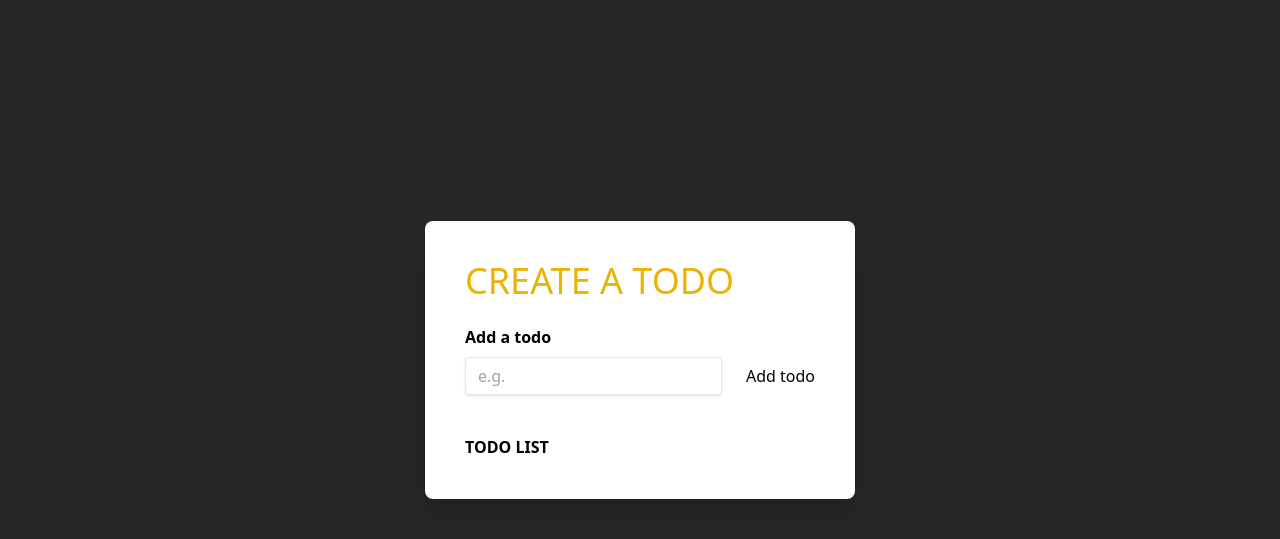
Repository: Kajo-lab/vue-todo
Page: /
The author's editor kept a copy of each file at every save. The page is drawn from the files as they stood at one save, then again after the next save.
The browser window is 1280 px wide. The pictures show the whole page.
The project was rebuilt for these pictures with package versions that can differ from the ones it lists, and the page was loaded fresh each time. Also part of the build but not shown: vite.config.js, webpack.config.js.

Above is the page before, as saved 2022-07-07 17:16:12.

### src/main.js
import { createApp } from 'vue'
import App from './App.vue'
import "./assets/tailwind.css";

createApp(App).mount('#app')

### src/App.vue
<script setup>
import { ref, onMounted, computed, watch } from 'vue'

const todos = ref([])
const name = ref('')

const input_content = ref('')

const todos_asc = computed(() => todos.value.sort((a,b) =>{
	return a.createdAt - b.createdAt
}))

watch(name, (newVal) => {
	localStorage.setItem('name', newVal)
})

watch(todos, (newVal) => {
	localStorage.setItem('todos', JSON.stringify(newVal))
}, {
	deep: true
})

const addTodo = () => {
  if (input_content.value.trim() === '') {
    return
  }

	todos.value.push({
		content: input_content.value,
		done: false,
		editable: false,
		createdAt: new Date().getTime()
	})
}

const removeTodo = (todo) => {
	todos.value = todos.value.filter((t) => t !== todo)
}

onMounted(() => {
	name.value = localStorage.getItem('name') || ''
	todos.value = JSON.parse(localStorage.getItem('todos')) || []
})
</script>

<template>

<main class="relative flex min-h-screen flex-col justify-center overflow-hidden bg-neutral-800 py-6 sm:py-12">
	<div class="relative bg-white px-6 pt-10 pb-8 shadow-xl ring-1 ring-gray-900/5 sm:mx-auto sm:max-w-lg sm:rounded-lg sm:px-10">
		<section class="mb-10">
		<h1 class="text-4xl text-yellow-500 mb-6">CREATE A TODO</h1>
				<h3 class="mb-2 font-bold">Add a todo</h3>
				<form id="new-todo-form" class="flex gap-6" @submit.prevent="addTodo">
					<input
						class="shadow appearance-none border rounded w-full py-2 px-3 text-gray-700 leading-tight focus:outline-none focus:shadow-outline"
						type="text"
						name="content"
						id="content"
						placeholder="e.g. "
						v-model="input_content" />

					<input type="submit" value="Add todo" />
				</form>
		</section>

		<section>
				<h3 class="mb-2 font-bold">TODO LIST</h3>
				<div id="todo-list ">
					<div class="flex mb-4" v-for="todo in todos_asc" :key="`todo-item ${todo.done && 'done'}`">

						<div class="flex gap-6 ">
							<input
							class="shadow appearance-none border rounded w-full py-2 px-3 text-gray-700 leading-tight focus:outline-none focus:shadow-outline"
							type="text"
							v-model="todo.content" />

							<button class="h-10 w-20 text-white rounded-lg bg-red-500 hover:bg-red-600" @click="removeTodo(todo)">Delete</button>
						</div>
					</div>
				</div>
		</section>
	</div>
</main>

</template>

<style src="./assets/tailwind.css"></style>

Loaded but not shown: src/assets/tailwind.css (common file); tailwind.config.js (common file)

After the next save:
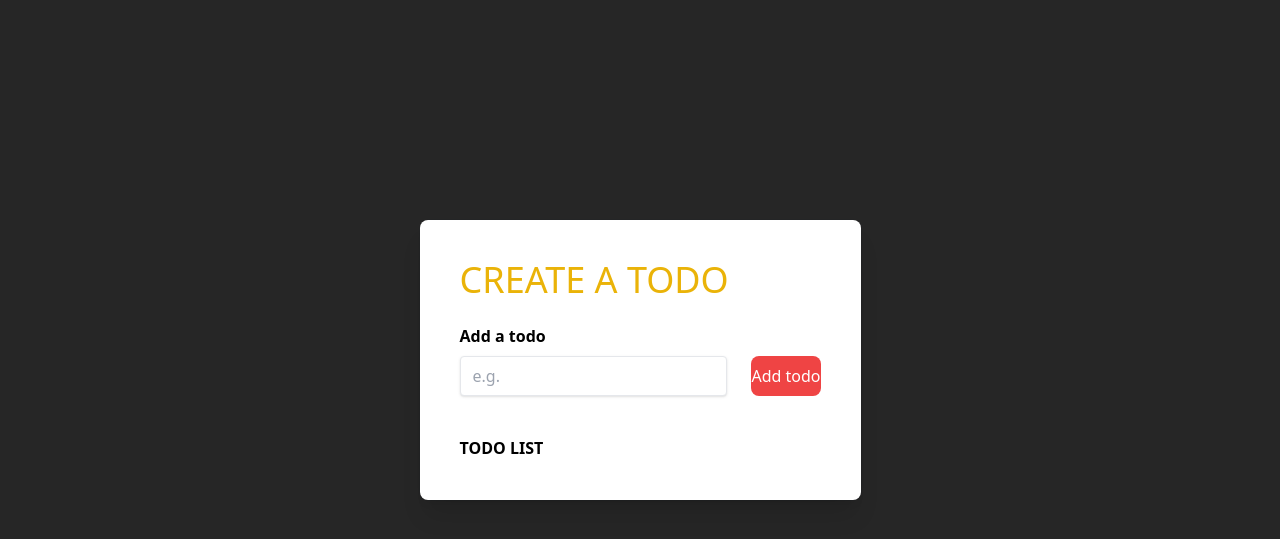
Saved 58 s later.
--- a/src/App.vue
+++ b/src/App.vue
@@ -59,7 +59,7 @@ onMounted(() => {
 						placeholder="e.g. "
 						v-model="input_content" />
 
-					<input type="submit" value="Add todo" />
+					<input type="submit" value="Add todo" class="h-10 w-20 text-white rounded-lg bg-red-500 hover:bg-red-600"/>
 				</form>
 		</section>
 
